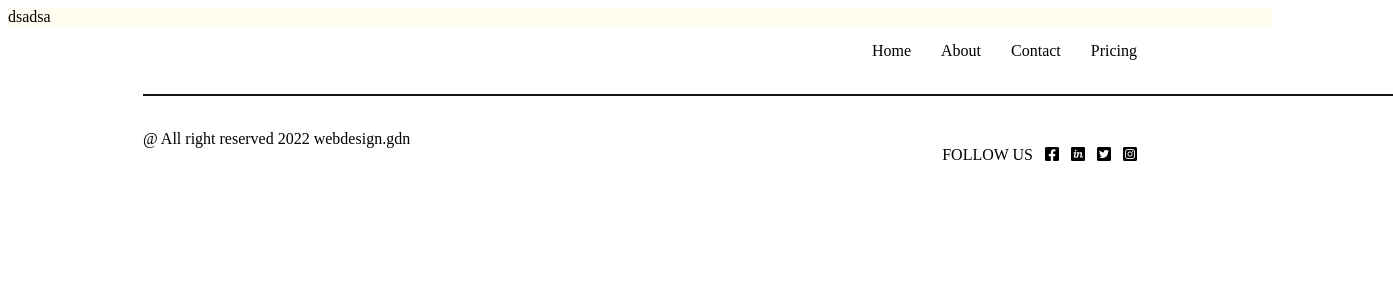
Repository: ngocphuocha/4lifeteam-marketing-agency
Page: index.html
An editor plug-in stored every save of this project. The page is shown before and after the next save, followed by the edit.
The browser window is 1280 px wide. The page is 1393 px wide, so the pictures cover 1393 px, including what lies to the right of the window. The pictures show the whole page.

Above is the page before, as saved 2023-03-13 15:46:17.

After the next save:
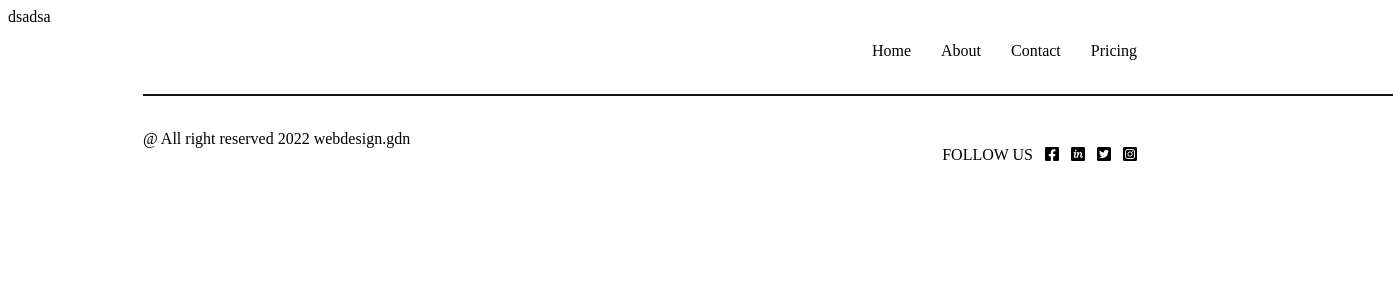
Saved 15 s later.
--- a/css/footer-service.css
+++ b/css/footer-service.css
@@ -2,7 +2,7 @@
 
 .background-footer{
     width: 100%;
-    background: #FFFBEF;
+    /* background: #FFFBEF; */
 }
 
 .background-footer .footer-text{

After the save that followed:
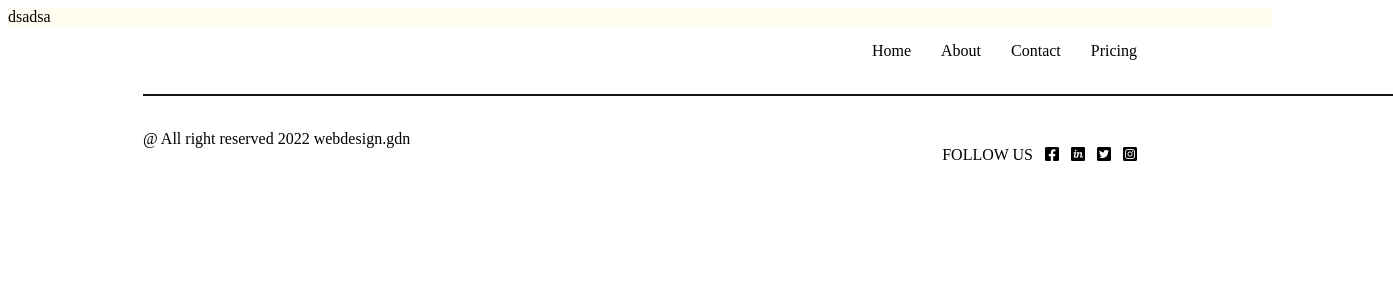
Saved 4 s later.
--- a/css/footer-service.css
+++ b/css/footer-service.css
@@ -2,7 +2,7 @@
 
 .background-footer{
     width: 100%;
-    /* background: #FFFBEF; */
+    background: #FFFBEF;
 }
 
 .background-footer .footer-text{
